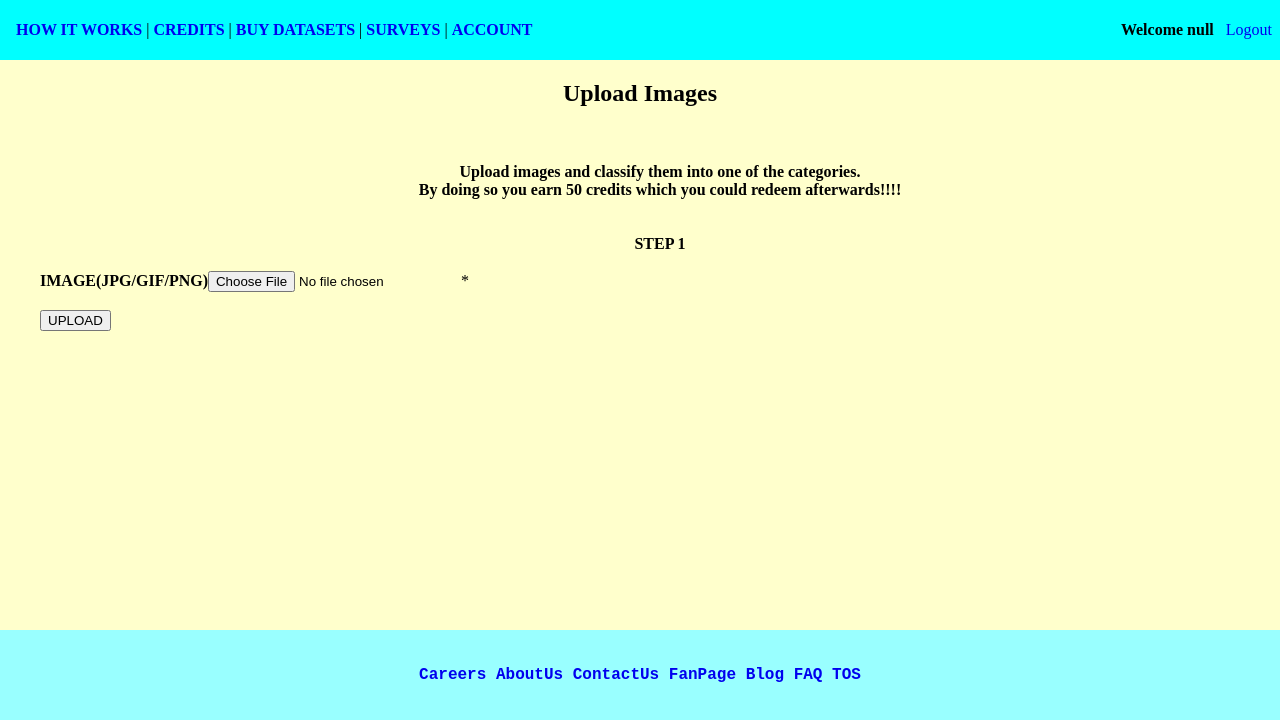
Repository: nicks707/LocoShack_TGMC-project
Page: http://localhost/ram/uploadphoto.jsp
The author's editor kept a copy of each file at every save. The page is drawn from the files as they stood at one save, then again after the next save.
The browser window is 1280 px wide. The pictures show the whole page.
The page is served by Tomcat 9.

Above is the page before, as saved 2012-03-20 15:00:22.

After the next save:
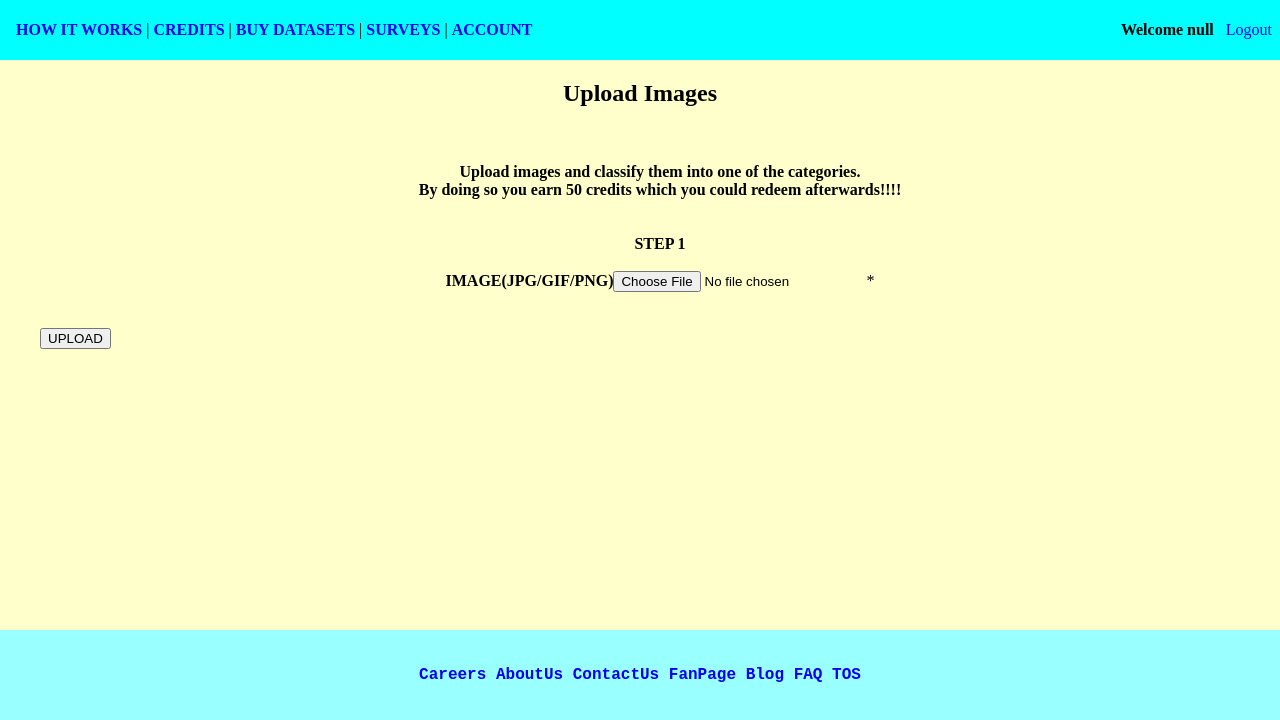
Saved 6 min 21 s later.
--- a/ram/WebContent/uploadphoto.jsp
+++ b/ram/WebContent/uploadphoto.jsp
@@ -39,7 +39,7 @@ By doing so you earn 50 credits which you could redeem afterwards!!!!</center></
 <form  name="myform" onsubmit=" return checkfield();"  enctype="multipart/form-data" action="FileUploadServlet" method="post">
 
 <center><b>STEP 1</b></center><br/>
-<b>IMAGE(JPG/GIF/PNG)</b><input type="file" name="image" id="image" size="40">*<br/><br/>
+<b><center>IMAGE(JPG/GIF/PNG)</b><input type="file" name="image" id="image" size="40">*</center><br/><br/>
 <input type="submit" value="UPLOAD">
 
 </form>
